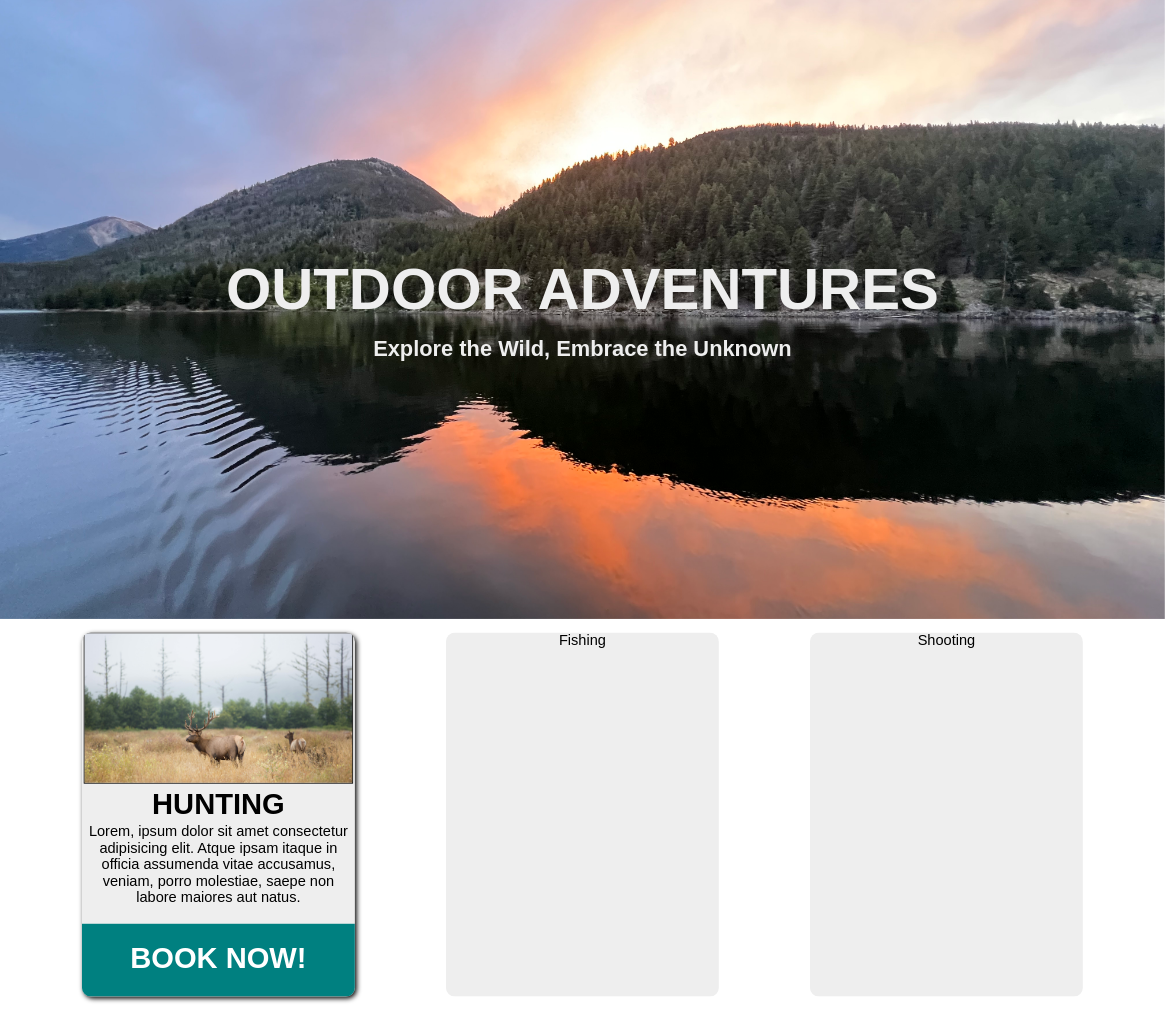
Repository: iforgotmylogin/WebDesignFinal
Page: index.html
These files come from the project's save history. The page is drawn as it stood at one moment and after the next save; the edit follows.
The browser window is 1280 px wide. The pictures show the part of the page from y = 132 to 1242 px (the page is 1242 px tall), at 91% of full size.
A picture or video elsewhere on the page could not be fetched, so the positions and the page height are approximate.

Above is the page before, as saved 2024-04-07 18:44:24.

After the next save:
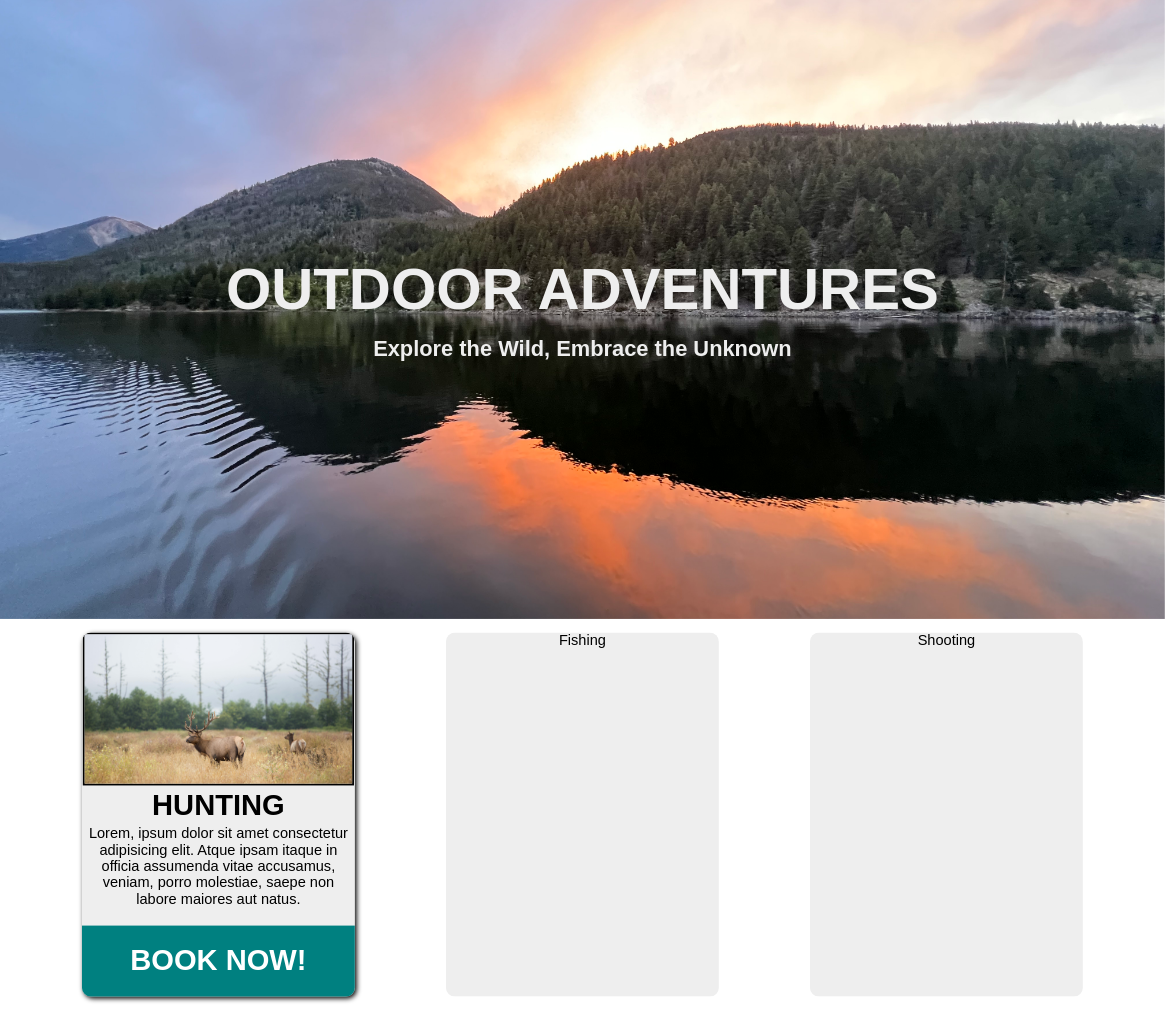
Saved 12 s later.
--- a/css/homepage.css
+++ b/css/homepage.css
@@ -33,7 +33,7 @@
 }
 .hunting img{
     width: 98%;
-    border: 1px solid black;
+    border: 2px solid black;
 }
 .hunting h1{
     padding-bottom: 3px;
